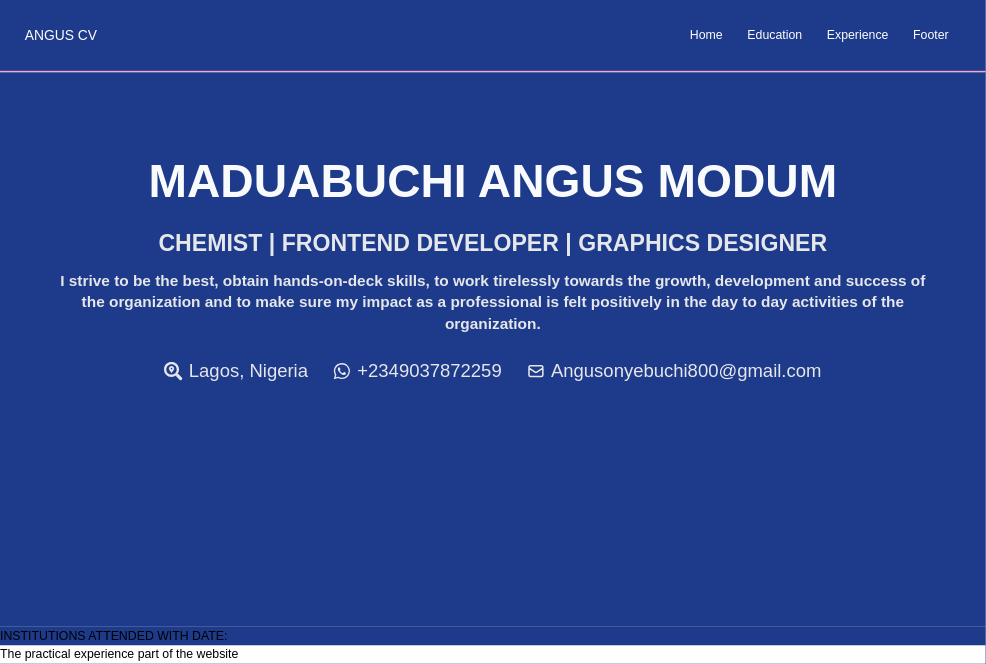
Repository: AngusOnyebuchi/AngusOnyebuchi.github.io
Page: /
An editor plug-in stored every save of this project. The page is shown before and after the next save, followed by the edit.
The browser window is 1280 px wide. The pictures show the whole page, at 77% of full size.
The project was rebuilt for these pictures with package versions that can differ from the ones it lists, and the page was loaded fresh each time.

Above is the page before, as saved 2022-04-17 16:20:12.

After the next save:
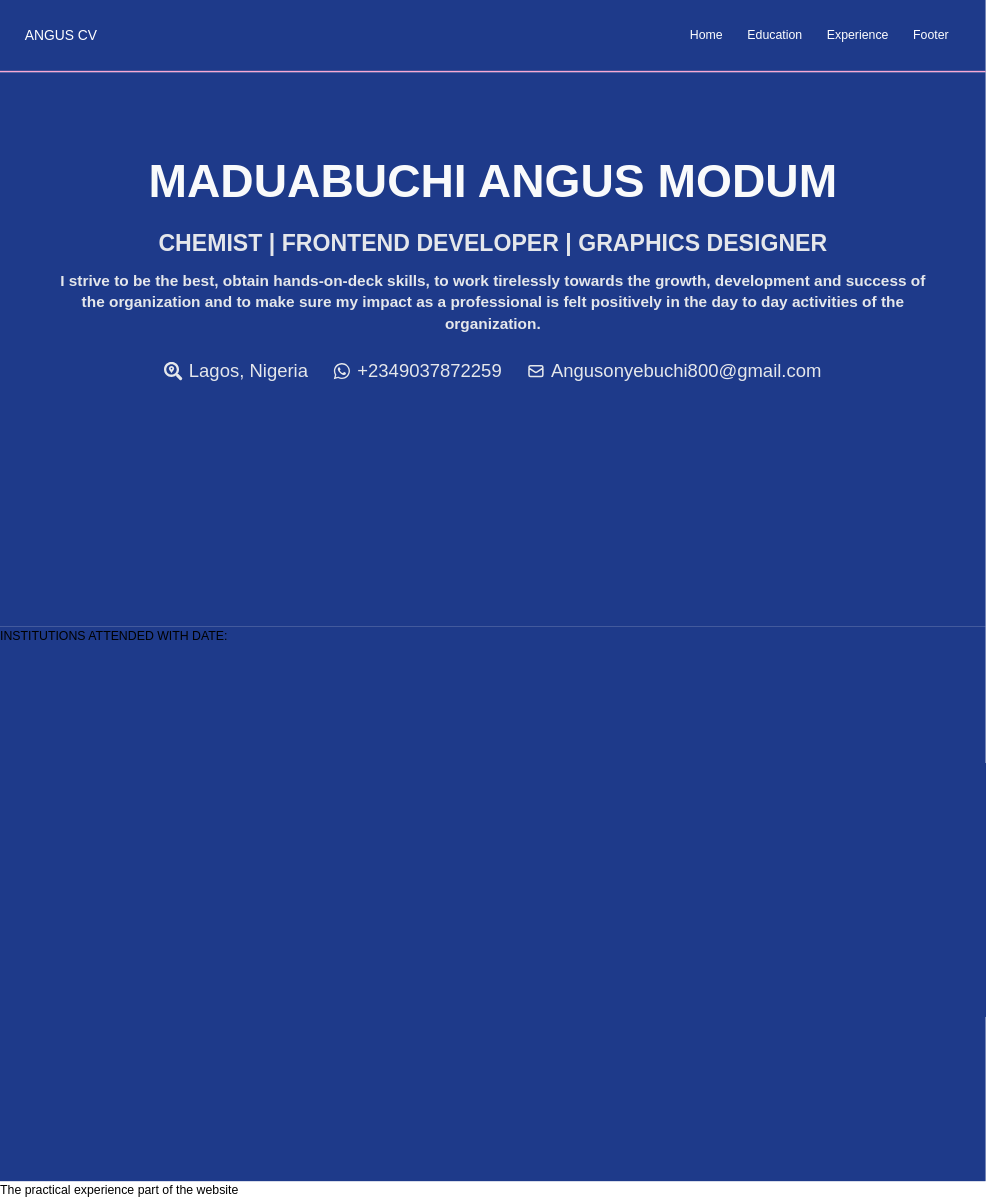
Saved 23 s later.
--- a/src/components/Education.js
+++ b/src/components/Education.js
@@ -2,7 +2,7 @@ import React from "react";
 
 export default function Education() {
     return(
-        <div className="bg-blue-900 w-full">
+        <div className="bg-blue-900 w-full h-screen">
             <h1>INSTITUTIONS ATTENDED WITH DATE:</h1>
         </div>
     )
